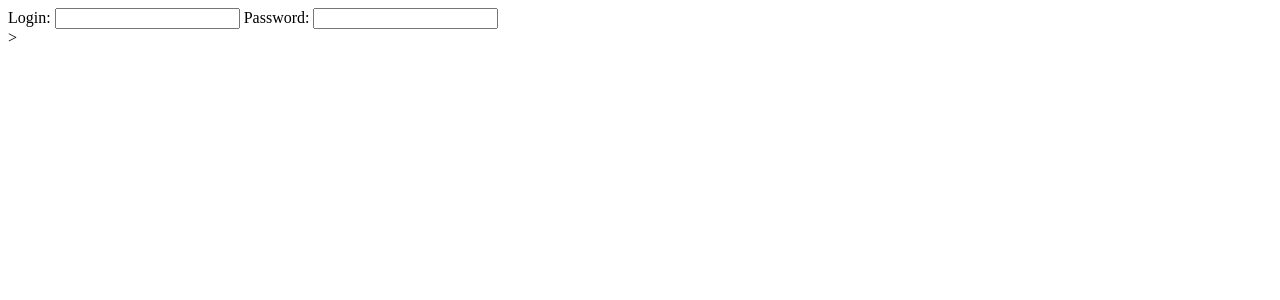
Repository: milosh-alexandr-by/ItAcademyJavaDeveloper
Page: http://localhost/HotelRequestSystem/
An editor plug-in stored every save of this project. The page is shown before and after the next save, followed by the edit.
The browser window is 1280 px wide. The pictures show the whole page.
The page is served by Tomcat 9. Nobody is signed in. The application's start-up code is not run.

Above is the page before, as saved 2015-12-08 15:36:42.

After the next save:
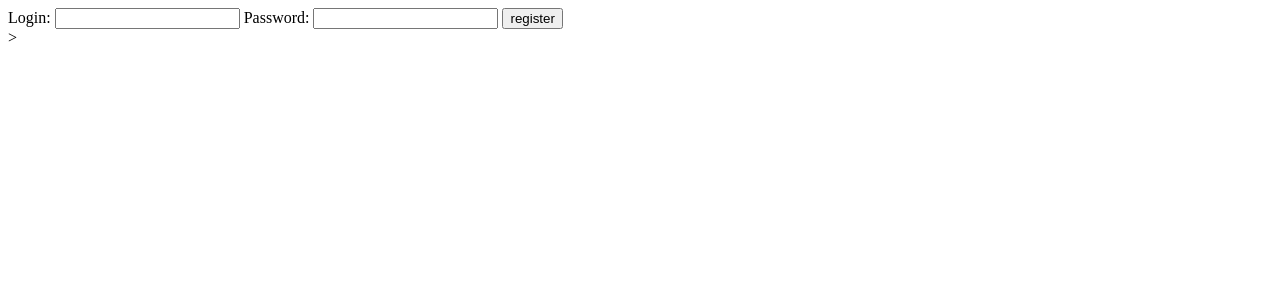
Saved 59 s later.
--- a/Project003_WEB/HotelRequestSystem/WebContent/index.jsp
+++ b/Project003_WEB/HotelRequestSystem/WebContent/index.jsp
@@ -12,6 +12,7 @@
 	<form action="" method="GET">
 		Login: <input type"text" name="login" />
 		Password: <input type"text" name="password" />
+		<input type="submit" name="enter" value="register">
 	</form>>
 
 </body>
